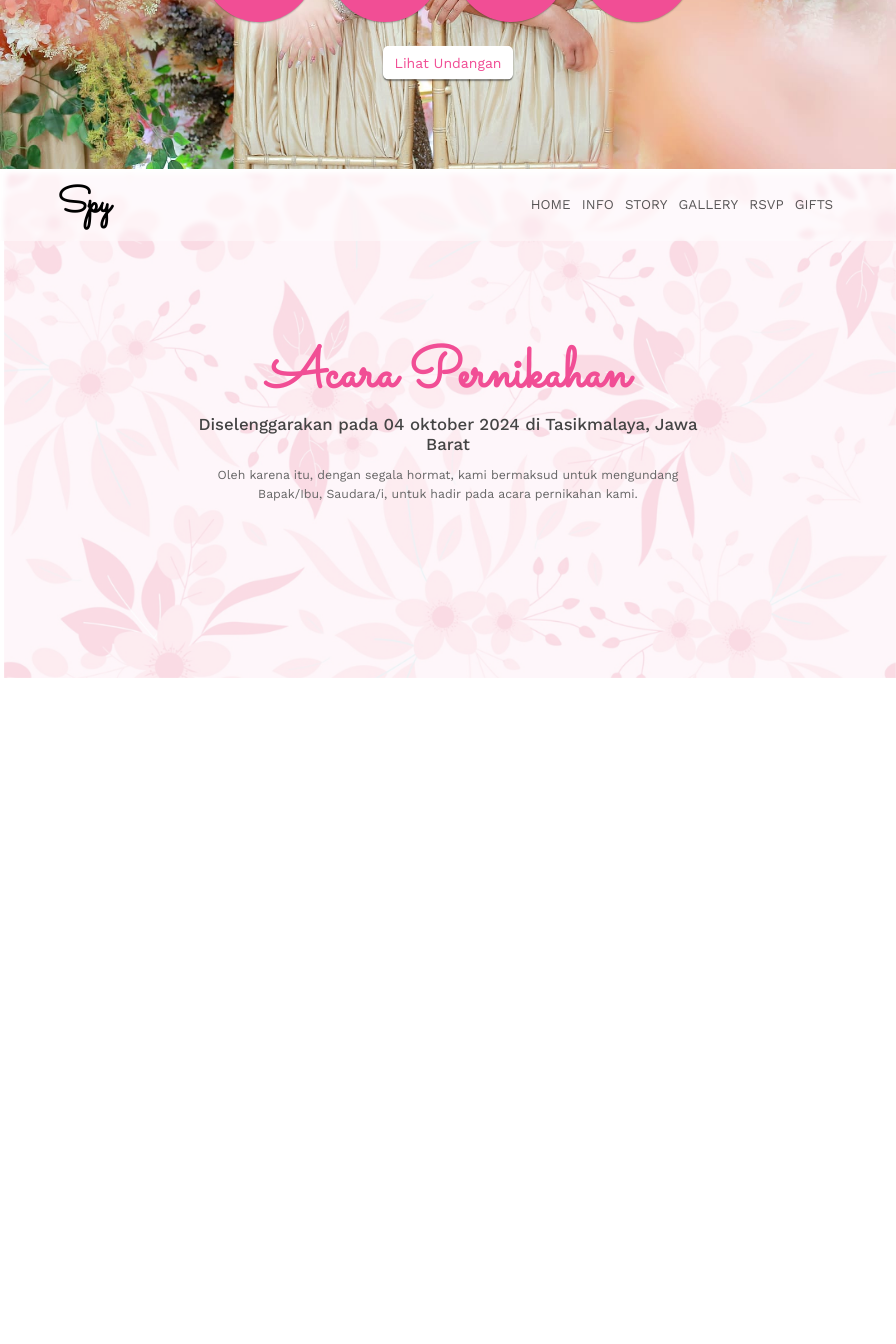
Repository: sellayspy/invitation
Page: index.html
An editor plug-in stored every save of this project. The page is shown before and after the next save, followed by the edit.
The browser window is 1280 px wide. The pictures show the part of the page from y = 479 to 2399 px (the page is 4000 px tall), at 70% of full size.

Above is the page before, as saved 2024-07-08 15:55:29.

### index.html
<!DOCTYPE html>
<html lang="en">
  <head>
    <meta charset="utf-8" />
    <meta name="viewport" content="width=device-width, initial-scale=1" />
    <title>Dela & Roni</title>
    <link
      href="https://cdn.jsdelivr.net/npm/bootstrap@5.3.3/dist/css/bootstrap.min.css"
      rel="stylesheet"
      integrity="sha384-QWTKZyjpPEjISv5WaRU9OFeRpok6YctnYmDr5pNlyT2bRjXh0JMhjY6hW+ALEwIH"
      crossorigin="anonymous"
    />
    <link rel="preconnect" href="https://fonts.googleapis.com" />
    <link rel="preconnect" href="https://fonts.gstatic.com" crossorigin />
    <link
      href="https://fonts.googleapis.com/css2?family=Sacramento&family=Work+Sans:ital,wght@0,100..900;1,100..900&display=swap"
      rel="stylesheet"
    />

    <!--Simple Coutdown-->
    <link rel="stylesheet" href="coutdown/simplyCountdown.theme.default.css" />
    <script src="coutdown/simplyCountdown.min.js"></script>

    <link rel="stylesheet" href="style.css" />
  </head>
  <body>
    <section
      id="hero"
      class="hero w-100 h-100 p-3 mx-auto text-center d-flex justify-content-center align-items-center text-white"
    >
      <main>
        <h4>Kepada Bapak/Ibu/Saudara/i,</h4>
        <h1>Dela Sri & Roni</h1>
        <p>Akan melangsungkan resepsi pernikahan dalam:</p>
        <div class="simply-countdown"></div>
        <a href="#undangan" class="btn btn-lg mt-4">Lihat Undangan</a>
      </main>
    </section>

    <nav class="navbar navbar-expand-md bg-transparent sticky-top mynavbar">
      <div class="container">
        <a class="navbar-brand" href="#">Spy</a>
        <button
          class="navbar-toggler border-0"
          type="button"
          data-bs-toggle="offcanvas"
          data-bs-target="#offcanvasNavbar"
          aria-controls="offcanvasNavbar"
          aria-label="Toggle navigation"
        >
          <span class="navbar-toggler-icon"></span>
        </button>
        <div
          class="offcanvas offcanvas-end"
          tabindex="-1"
          id="offcanvasNavbar"
          aria-labelledby="offcanvasNavbarLabel"
        >
          <div class="offcanvas-header">
            <h5 class="offcanvas-title" id="offcanvasNavbarLabel">Spy</h5>
            <button
              type="button"
              class="btn-close"
              data-bs-dismiss="offcanvas"
              aria-label="Close"
            ></button>
          </div>
          <div class="offcanvas-body">
            <div class="navbar-nav ms-auto">
              <a class="nav-link" href="#home">Home</a>
              <a class="nav-link" href="#info">Info</a>
              <a class="nav-link" href="#story">Story</a>
              <a class="nav-link" href="#gallery">Gallery</a>
              <a class="nav-link" href="#rsvp">RSVP</a>
              <a class="nav-link" href="#gift">Gifts</a>
            </div>
          </div>
        </div>
      </div>
    </nav>

    <section id="home" class="home">
      <div class="container">
        <div class="row justify-content-center">
          <div class="col-md-8 text-center">
            <h2>Acara Pernikahan</h2>
            <h3>
              Diselenggarakan pada 04 oktober 2024 di Tasikmalaya, Jawa Barat
            </h3>
            <p>
              Oleh karena itu, dengan segala hormat, kami bermaksud untuk
              mengundang Bapak/Ibu, Saudara/i, untuk hadir pada acara pernikahan
              kami.
            </p>
          </div>
        </div>

        <div class="row couple"></div>
      </div>
    </section>

    <script
      src="https://cdn.jsdelivr.net/npm/bootstrap@5.3.3/dist/js/bootstrap.bundle.min.js"
      integrity="sha384-YvpcrYf0tY3lHB60NNkmXc5s9fDVZLESaAA55NDzOxhy9GkcIdslK1eN7N6jIeHz"
      crossorigin="anonymous"
    ></script>

    <script>
      simplyCountdown(".simply-countdown", {
        year: 2024, // required
        month: 10, // required
        day: 4, // required
        hours: 8, // Default is 0 [0-23] integer
        words: {
          //words displayed into the countdown
          days: { singular: "hari", plural: "hari" },
          hours: { singular: "jam", plural: "jam" },
          minutes: { singular: "menit", plural: "menit" },
          seconds: { singular: "detik", plural: "detik" },
        },
      });
    </script>
  </body>
</html>

### coutdown/simplyCountdown.theme.default.css
.simply-countdown {
  overflow: hidden;
  display: table;
  font-family: "Arial", sans-serif;
  margin: auto;
}
.simply-countdown > .simply-section {
  width: 50px;
  height: 50px;
  padding: 80px;
  display: flex;
  align-items: center;
  justify-content: center;
  float: left;
  margin: 10px;
  background: var(--pink);
  box-shadow: 0 1px 3px rgba(0, 0, 0, 0.12), 0 1px 2px rgba(0, 0, 0, 0.24);
  border-radius: 50%;
}
.simply-countdown > .simply-section .simply-amount,
.simply-countdown > .simply-section .simply-word {
  display: block;
  text-align: center;
}
.simply-countdown > .simply-section .simply-amount {
  font-size: 1.6rem;
}

### style.css
:root {
  --pink: #f14e95;

  --bg: #0a0a0a;

  --shadow: 0 2px 2px rgb(0 0 0/ 0.5);
}

body {
  font-size: 1.2rem;
  font-family: "Work Sans", sans-serif;
  min-height: 4000px;
}

.hero::before {
  content: "";
  position: absolute;
  top: 0;
  left: 0;
  height: 100%;
  width: 100%;
  background-image: url(img/gambar-1.jpg);
  background-size: cover;
  background-position: center;
  z-index: -1;
  filter: blur(1px);
}

.hero {
  position: relative;
  min-height: 100vh;
}

.hero h1,
.hero h4,
.hero p {
  text-shadow: var(--shadow);
}

.hero h1 {
  font-family: "Sacramento", cursive;
  font-size: 6rem;
}

.hero h4 {
  font-size: 1.6rem;
}

.hero p {
  font-size: 1.4rem;
}

.hero a {
  color: var(--pink);

  background-color: white;

  box-shadow: var(--shadow);
}

.hero a:hover {
  background-color: var(--pink);
  color: white;
}

.mynavbar {
  background-color: rgba(255, 255, 255, 0.4) !important;
  backdrop-filter: blur(4px);
}

.mynavbar .offcanvas {
  height: 100vh;
}

.mynavbar .navbar-brand,
.mynavbar .offcanvas-title {
  font-family: "Sacramento", cursive;
  font-size: 3.2rem;
  font-weight: bold;
}

.mynavbar .nav-link {
  text-transform: uppercase;
}

.home {
  background-image: url(img/Desain\ tanpa\ judul.png);
  background-size: cover;
  min-height: 100vh;
  margin-top: -6rem;
  padding-top: 15rem;
  padding-bottom: 5rem;
}

.home h2 {
  color: var(--pink);
  font-family: "Sacramento", cursive;
  font-size: 5rem;
  font-weight: bold;
}

.home h3 {
  color: #444;
  font-size: 1.5rem;
  margin-bottom: 1rem;
}

.home p {
  font-size: 1.1rem;
  color: #666;
}

/* Media Query */

/* Laptop */
@media (max-width: 992px) {
  html {
    font-size: 75%;
  }
  .simply-countdown > .simply-section {
    padding: 70px;
  }
}

/* Tablet */
@media (max-width: 768px) {
  html {
    font-size: 65%;
  }
  .simply-countdown > .simply-section {
    padding: 60px;
    margin: 5px;
  }

  .mynavbar .nav-link {
    font-size: 2rem;
    text-align: center;
  }
}

/* mobile phone */
@media (max-width: 576px) {
  html {
    font-size: 55%;
  }
  .simply-countdown > .simply-section {
    padding: 45px;
    margin: 3px;
  }
}

Loaded but not shown: coutdown/simplyCountdown.min.js (library)

After the next save:
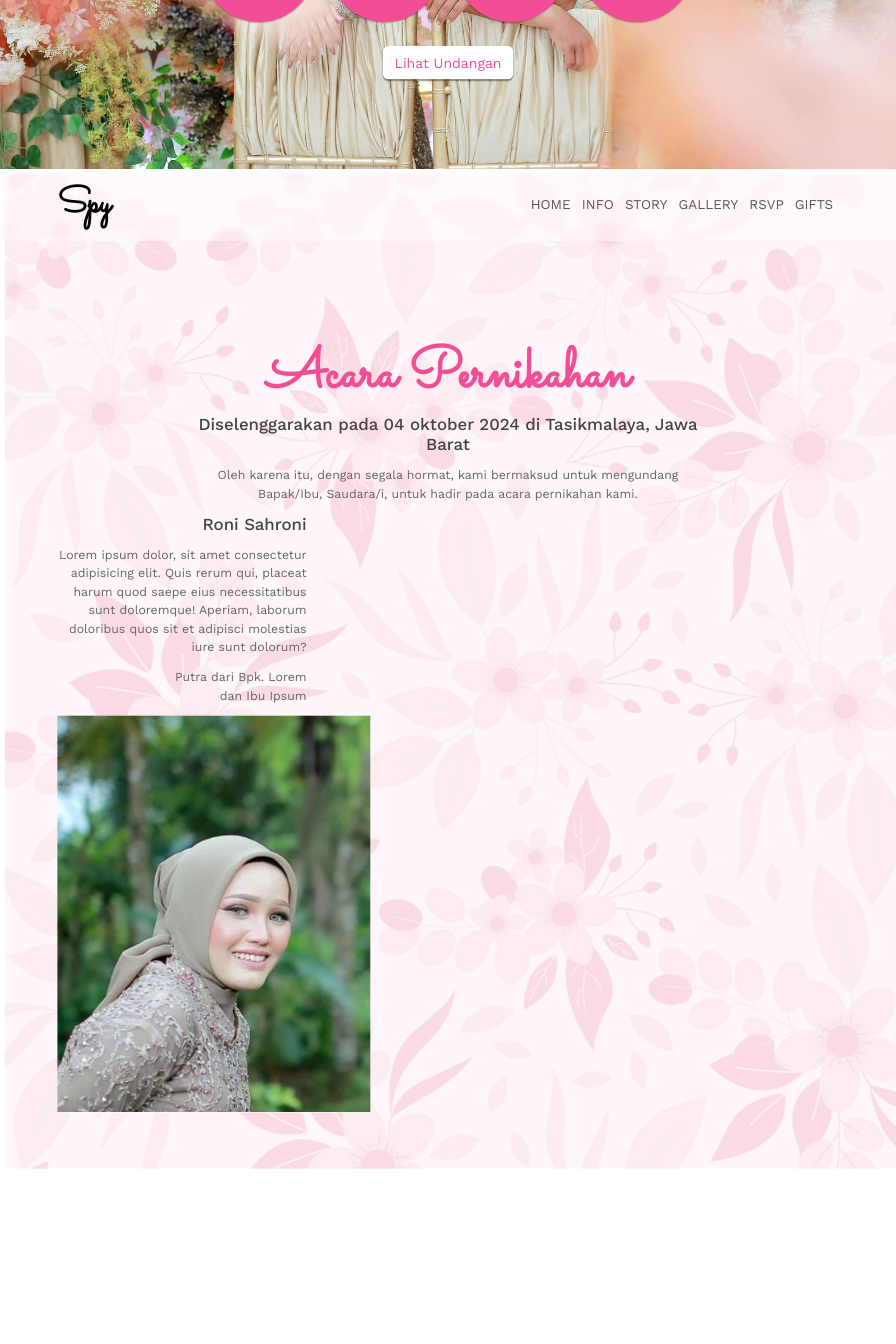
Saved 10 min 33 s later.
--- a/index.html
+++ b/index.html
@@ -95,7 +95,28 @@
           </div>
         </div>
 
-        <div class="row couple"></div>
+        <div class="row couple">
+          <div class="col-lg-6">
+            <div class="row">
+              <div class="col-8 text-end">
+                <h3>Roni Sahroni</h3>
+                <p>
+                  Lorem ipsum dolor, sit amet consectetur adipisicing elit. Quis
+                  rerum qui, placeat harum quod saepe eius necessitatibus sunt
+                  doloremque! Aperiam, laborum doloribus quos sit et adipisci
+                  molestias iure sunt dolorum?
+                </p>
+                <p>
+                  Putra dari Bpk. Lorem <br />
+                  dan Ibu Ipsum
+                </p>
+              </div>
+              <div class="col-">
+                <img src="img/Desain tanpa judul (2).jpg" alt="roni s" />
+              </div>
+            </div>
+          </div>
+        </div>
       </div>
     </section>
 
